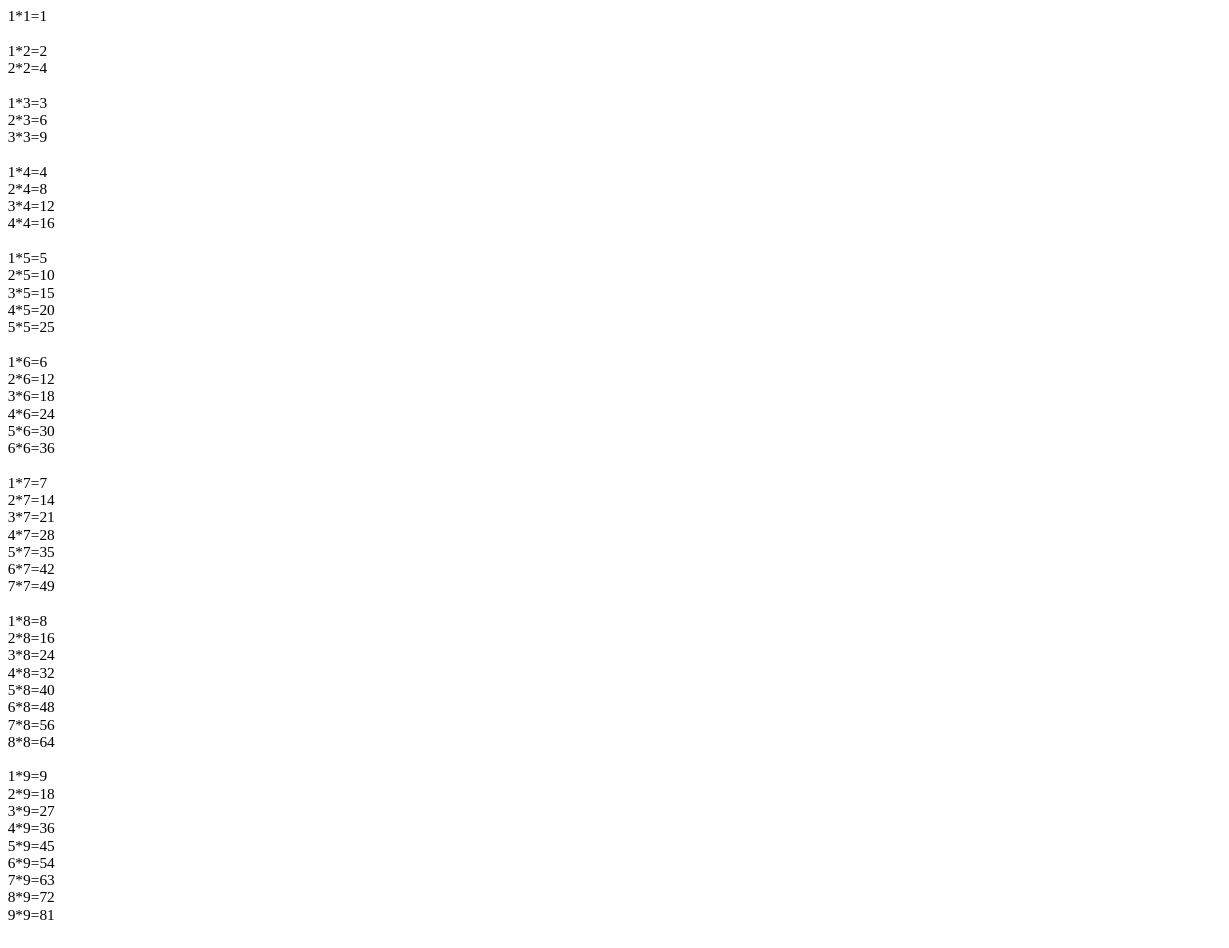
Repository: pengyuguan1984/JavaScriptPractice
Page: For-Exec02.html
The author's editor kept a copy of each file at every save. The page is drawn from the files as they stood at one save, then again after the next save.
The browser window is 1280 px wide. The pictures show the whole page, at 96% of full size.

Above is the page before, as saved 2020-09-23 14:30:02.

### For-Exec02.html
<!DOCTYPE html>
<html lang="en">
<head>
    <meta charset="UTF-8">
    <meta name="viewport" content="width=device-width, initial-scale=1.0">
    <title>For-Exec02</title>
    <script>
        /*打印99乘法表
        1*1=1
        1*2=2 2*2=4
        1*3=3 2*3=6 3*3=9
        1*4=4 2*4=8 3*4=12 4*4=16
        */

       for(var i=0;i<9;i++){

           for(j=1;j<=i+1;j++){
               var m=i+1;
               var c=j*m;

               document.write(j+'*'+m+'='+c+'<br />')
           }
           document.write('<br />')
       }
    </script>
</head>
<body>

</body>
</html>

After the next save:
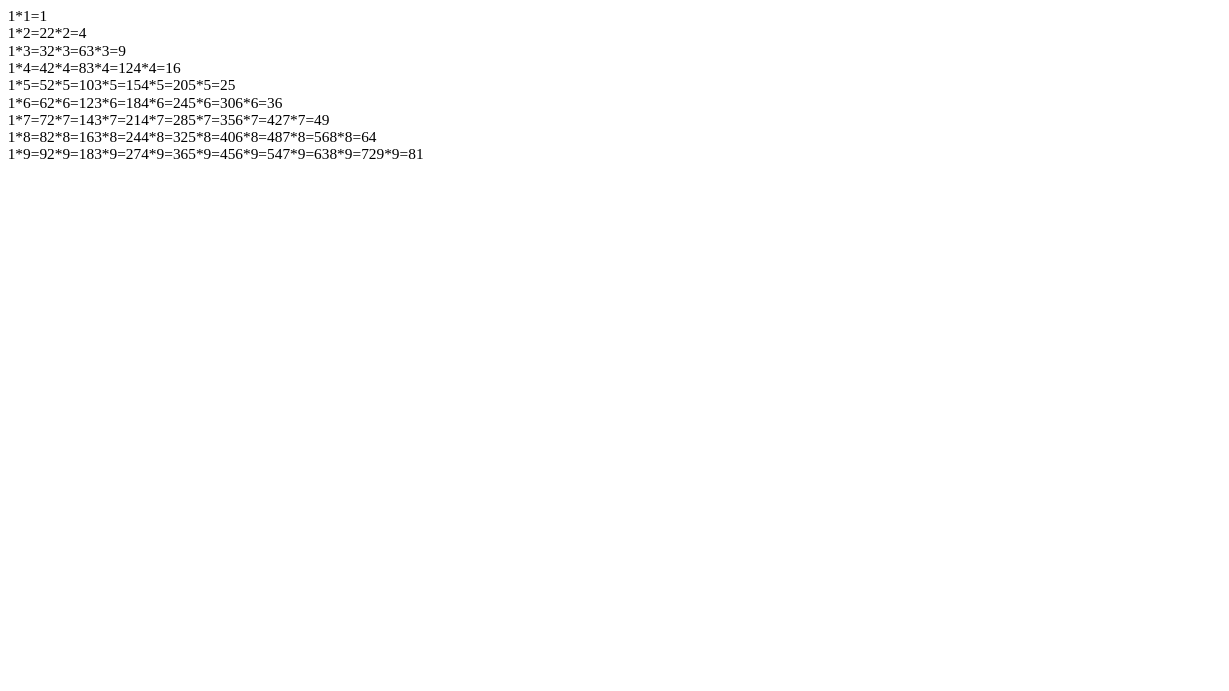
Saved 7 days later.
--- a/For-Exec02.html
+++ b/For-Exec02.html
@@ -18,7 +18,7 @@
                var m=i+1;
                var c=j*m;
 
-               document.write(j+'*'+m+'='+c+'<br />')
+               document.write(j+'*'+m+'='+c)
            }
            document.write('<br />')
        }
